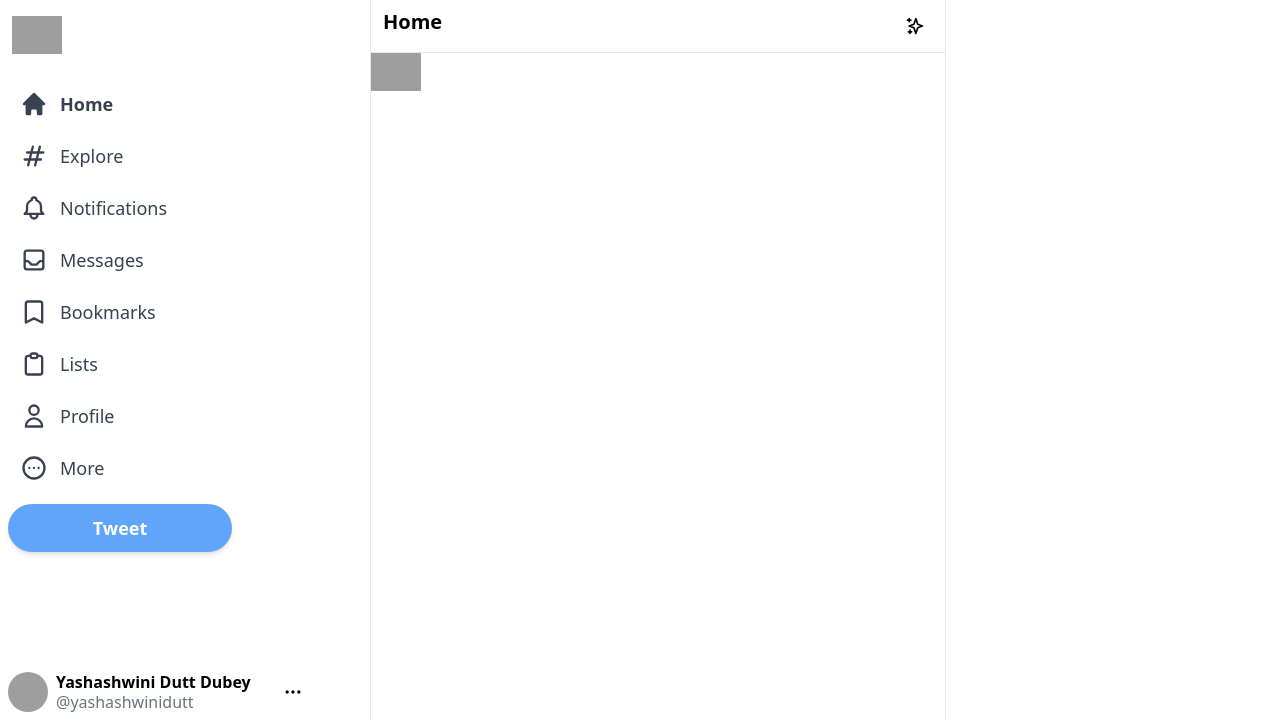
Repository: Yashashwinidutt/twitter
Page: /
The author's editor kept a copy of each file at every save. The page is drawn from the files as they stood at one save, then again after the next save.
The browser window is 1280 px wide. The pictures show the whole page.
Pictures or frames that could not be fetched are drawn as grey boxes. The project was rebuilt for these pictures with package versions that can differ from the ones it lists, and the page was loaded fresh each time. The framework's server and built-in components were replaced by stand-ins that run in the browser. Also part of the build but not shown: next.config.js.

Above is the page before, as saved 2023-02-27 23:36:50.

After the next save:
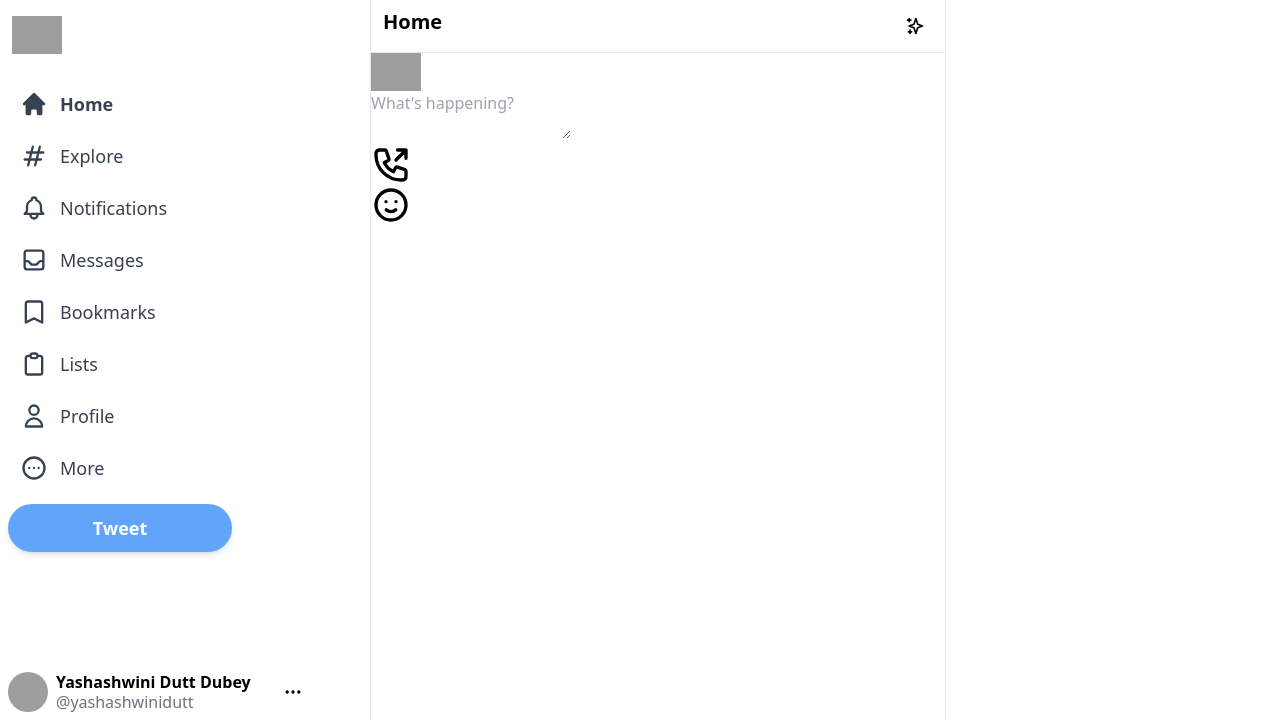
Saved 16 min 4 s later.
--- a/components/Input.js
+++ b/components/Input.js
@@ -1,8 +1,20 @@
+import { EmojiHappyIcon, PhoneOutgoingIcon } from "@heroicons/react/outline";
 
 export default function Input() {
   return (
     <div>
         <img width="50" src="https://cdn.shopify.com/s/files/1/0467/5878/9279/products/2_da0f83d1-d83f-4209-836e-306ddbbd7845.jpg" alt="error"/>
+        <div className="">
+          <div className="">
+              <textarea rows="2" placeholder="What's happening?"></textarea>
+           </div>
+        <div className="">
+            <div className="">
+              <PhoneOutgoingIcon className="h-10 w-10"/>
+              <EmojiHappyIcon className="h-10 w-10"/>
+            </div>
+        </div>
+      </div>
     </div>
   )
 }
